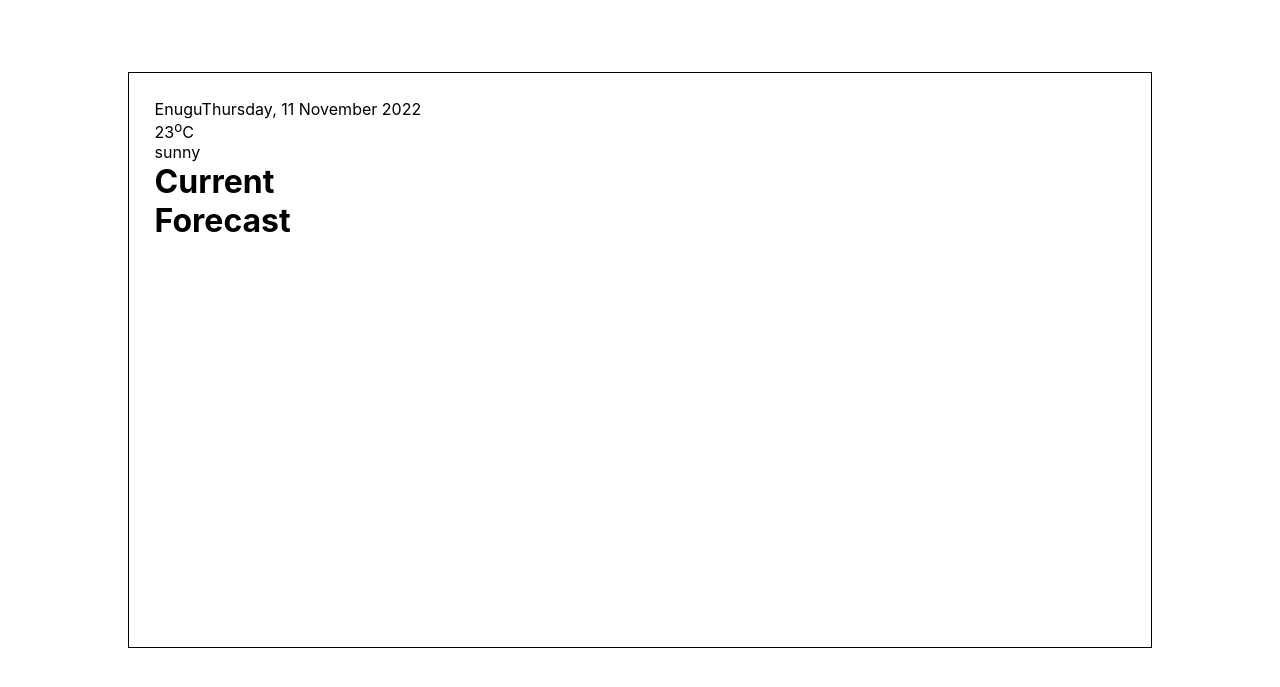
Repository: debthebuilder/bloom
Page: /
These files come from the project's save history. The page is drawn as it stood at one moment and after the next save; the edit follows.
The browser window is 1280 px wide. The pictures show the whole page.
The project was rebuilt for these pictures with package versions that can differ from the ones it lists, and the page was loaded fresh each time. Also part of the build but not shown: src/components/Splash.js.

Above is the page before, as saved 2022-11-10 23:42:39.

After the next save:
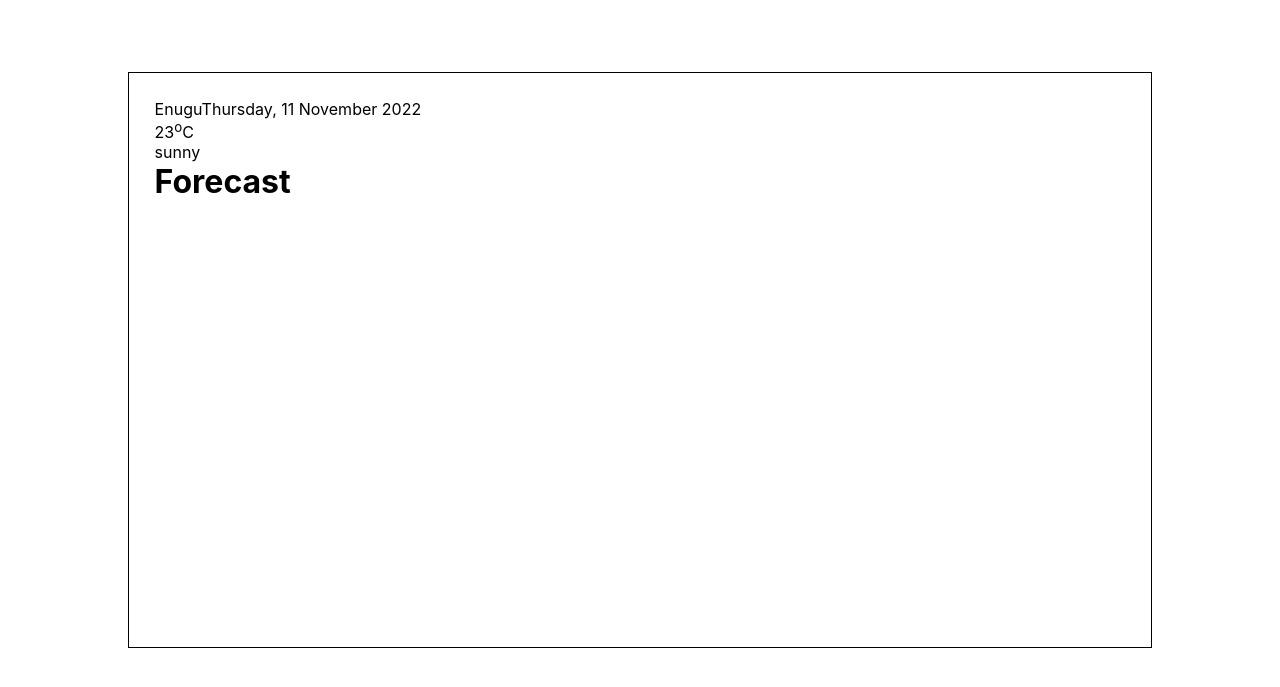
Saved 11 s later.
--- a/src/components/Current.js
+++ b/src/components/Current.js
@@ -12,7 +12,7 @@ export const Current = () => {
                 </div>
                 <span>sunny</span>
             </div>
-            <h1>Current</h1>
+
         </div>
     )
 }
